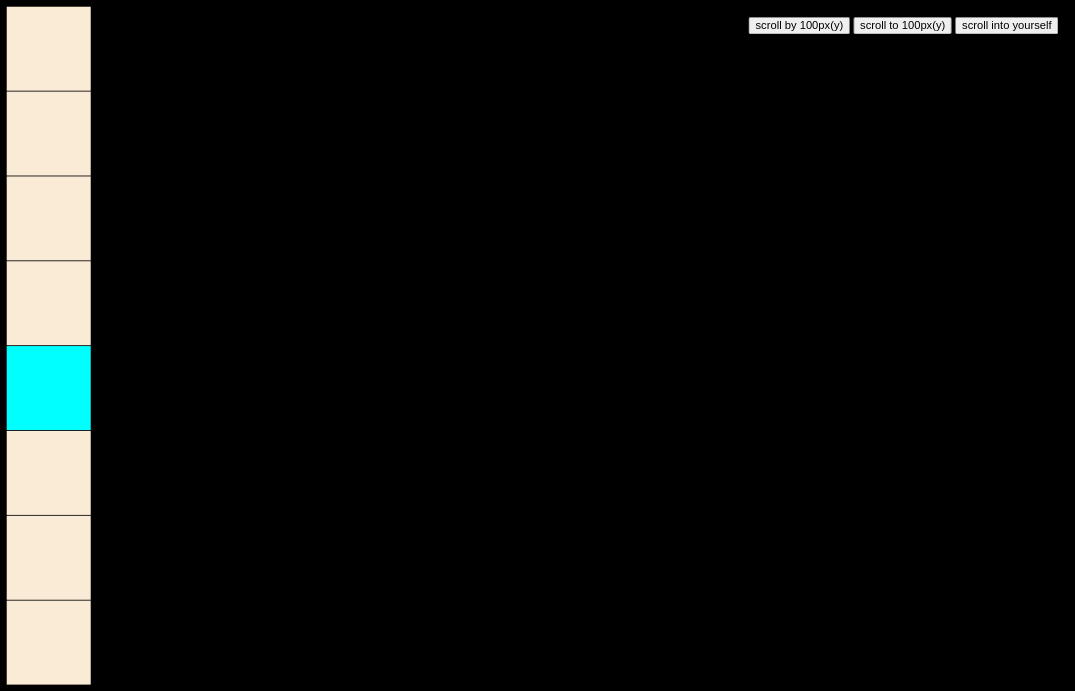
Repository: DongjaJ/Browser
Page: chap1/window-scrolling.html
The author's editor kept a copy of each file at every save. The page is drawn from the files as they stood at one save, then again after the next save.
The browser window is 1280 px wide. The pictures show the whole page, at 84% of full size.

Above is the page before, as saved 2022-08-19 16:35:57.

After the next save:
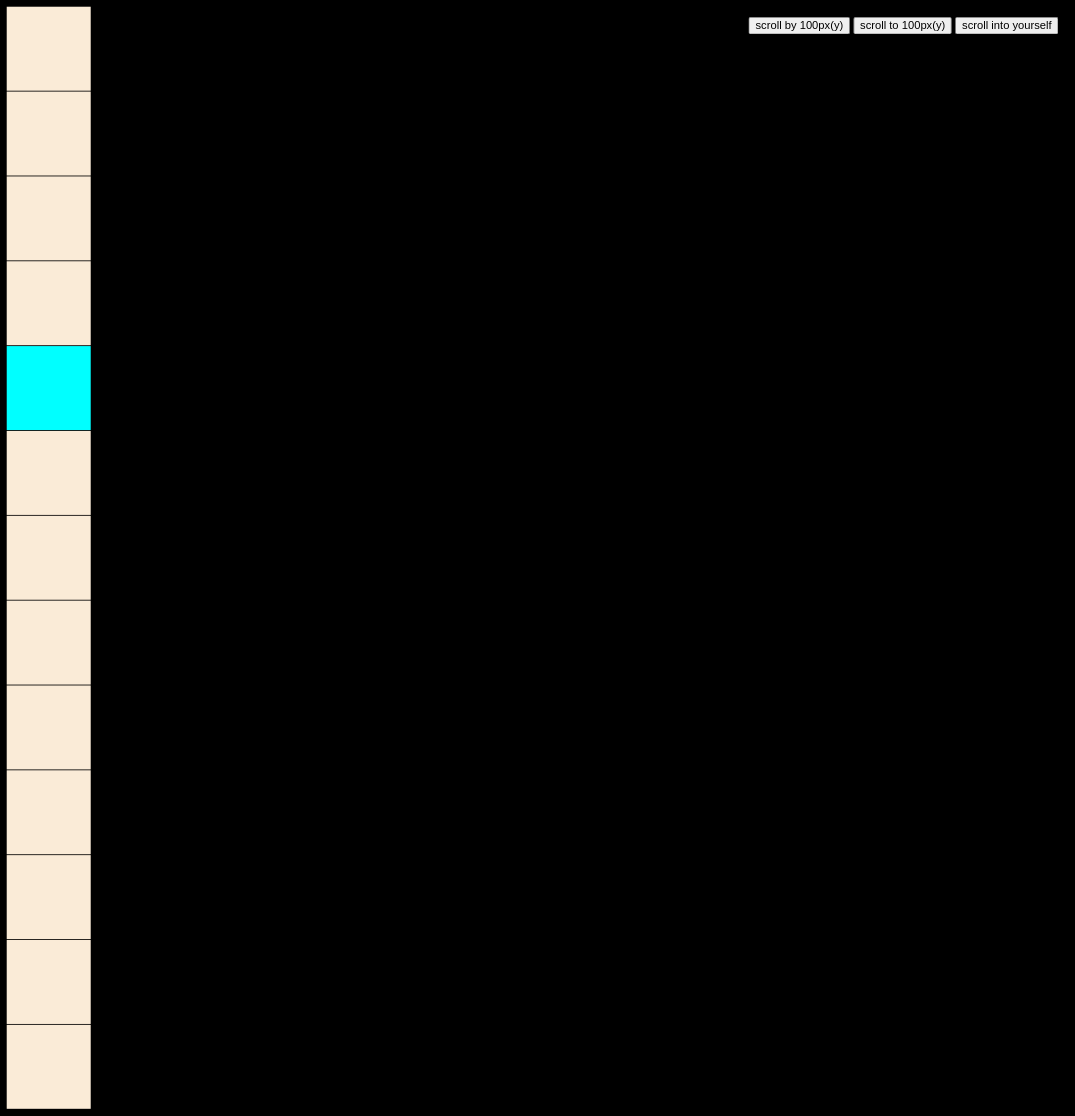
Saved 3 min 59 s later.
--- a/chap1/window-scrolling.html
+++ b/chap1/window-scrolling.html
@@ -38,6 +38,11 @@
 	<div class="normal"></div>
 	<div class="normal"></div>
 	<div class="normal"></div>
+	<div class="normal"></div>
+	<div class="normal"></div>
+	<div class="normal"></div>
+	<div class="normal"></div>
+	<div class="normal"></div>
 
 	<script>
 	document.querySelector("#special").addEventListener('click', e =>{
